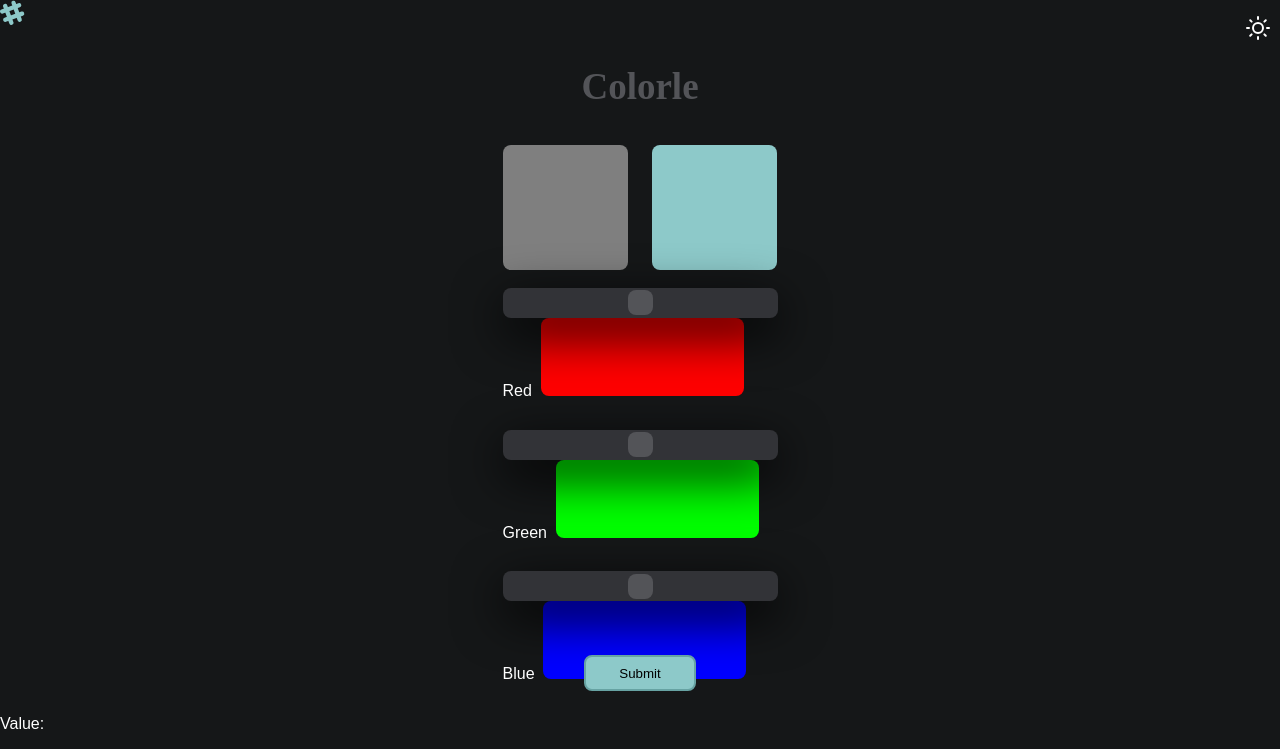
Repository: Artem-Melnik/Colorle
Page: index.html
The author's editor kept a copy of each file at every save. The page is drawn from the files as they stood at one save, then again after the next save.
The browser window is 1280 px wide. The pictures show the whole page.

Above is the page before, as saved 2022-05-14 21:23:28.

After the next save:
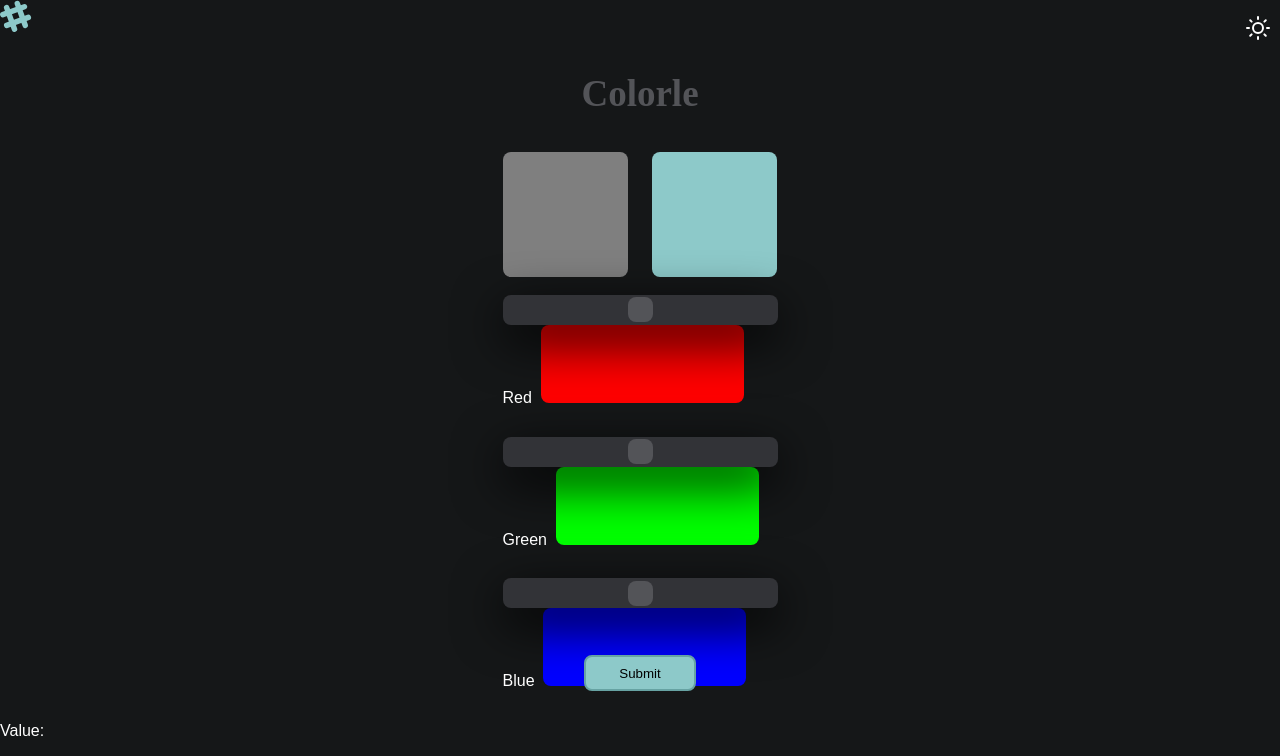
Saved 15 s later.
--- a/styles.css
+++ b/styles.css
@@ -20,8 +20,8 @@ body {
 } */
 
 #logo {
-  width: 25px;
-  height: 25px;
+  /* width: 25px;
+  height: 25px; */
 }
 
 #themeToggle {
